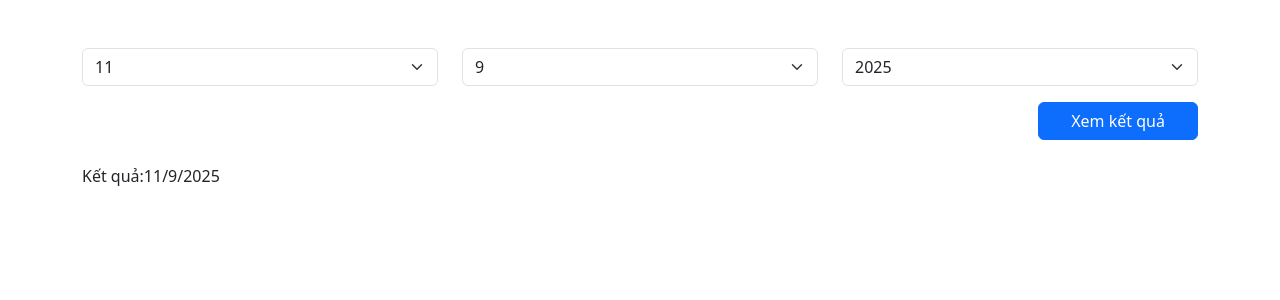
Repository: hoangngocnguyen/JavaNangCao
Page: http://localhost/Test/ngaythang.jsp
The author's editor kept a copy of each file at every save. The page is drawn from the files as they stood at one save, then again after the next save.
The browser window is 1280 px wide. The pictures show the whole page.
After loading, the first visible `button.btn` was clicked once.
The page is served by Tomcat 10. Other server files are loaded and not shown.

Above is the page before, as saved 2025-09-12 15:28:34.

### Test/src/main/webapp/ngaythang.jsp
<%@page import="java.util.Calendar"%>
<%@ page language="java" contentType="text/html; charset=UTF-8" pageEncoding="UTF-8" %>
<!DOCTYPE html>
<html lang="en">

<head>
    <meta charset="UTF-8">
    <meta name="viewport" content="width=device-width, initial-scale=1.0">
    <title>Ngày Tháng Năm</title>
    <script src="https://cdn.jsdelivr.net/npm/@tailwindcss/browser@4"></script>
    <link href="https://cdn.jsdelivr.net/npm/bootstrap@5.3.8/dist/css/bootstrap.min.css" rel="stylesheet"
        integrity="sha384-sRIl4kxILFvY47J16cr9ZwB07vP4J8+LH7qKQnuqkuIAvNWLzeN8tE5YBujZqJLB" crossorigin="anonymous">
    <style type="text/tailwindcss">
        @theme {
        --color-clifford: #da373d;
      }
    </style>
</head>

<body>
    <div class="container mt-5">
        <div class="flex gap-4">
   			<%
             	Calendar c = Calendar.getInstance();
             	int year = c.get(Calendar.YEAR);
             	int month = c.get(Calendar.MONTH) + 1;
             	int day = c.get(Calendar.DAY_OF_MONTH);


             %>
            <select class="form-select" aria-label="Default select example" id="DaySelect">
                <%
                	for (int i = 1; i <= 31; i++) {
                		if (i == day) {
                %>
                			<option selected value="<%=day %>"><%=day %></option>
                <%		} else { %>

                			<option value="<%=i %>"><%=i %></option>
                <%		}
                	}
                %>

            </select>
            <select class="form-select" aria-label="Default select example" id="MonthSelect">
                <%
                	for (int i = 1; i <= 12; i++) {
                		if (i == month) {
                %>
                			<option selected value="<%=month %>"><%=month %></option>
                <%		} else { %>

                			<option value="<%=i %>"><%=i %></option>
                <%		}
                	}
                %>
            </select>
            <select class="form-select" aria-label="Default select example" id="YearSelect">
                <%
                	for (int i = year - 10; i <= year; i++) {
                		if (i == year) {
                %>
                			<option selected value="<%=year %>"><%=year %></option>
                <%		} else { %>

                			<option value="<%=i %>"><%=i %></option>
                <%		}
                	}
                %>
            </select>
        </div>
        <div class="mt-3 flex justify-end">
            <button class="btn btn-primary w-40" onclick="handleClick()">Xem kết quả</button>
        </div>
        <div class="mt-4">
            Kết quả:<span id="result">...</span>
        </div>


    </div>
</body>
<script>
    const handleClick = () => {
        const day = document.getElementById("DaySelect").value;
        const month = document.getElementById("MonthSelect").value;
        const year = document.getElementById("YearSelect").value;

        const result = document.getElementById("result");
        result.innerText = day + "/" + month + "/" + year
    }
</script>

</html>

After the next save:
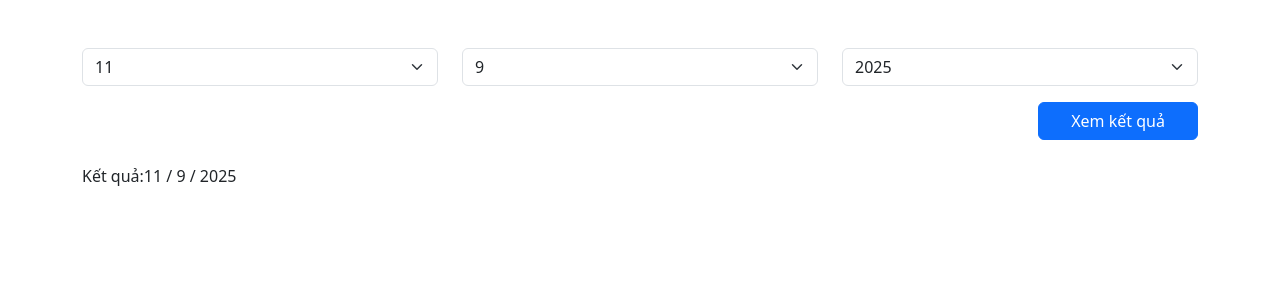
Saved 58 s later.
--- a/Test/src/main/webapp/ngaythang.jsp
+++ b/Test/src/main/webapp/ngaythang.jsp
@@ -86,7 +86,7 @@
         const year = document.getElementById("YearSelect").value;
 
         const result = document.getElementById("result");
-        result.innerText = day + "/" + month + "/" + year
+        result.innerText = day + " / " + month + " / " + year
     }
 </script>
 
